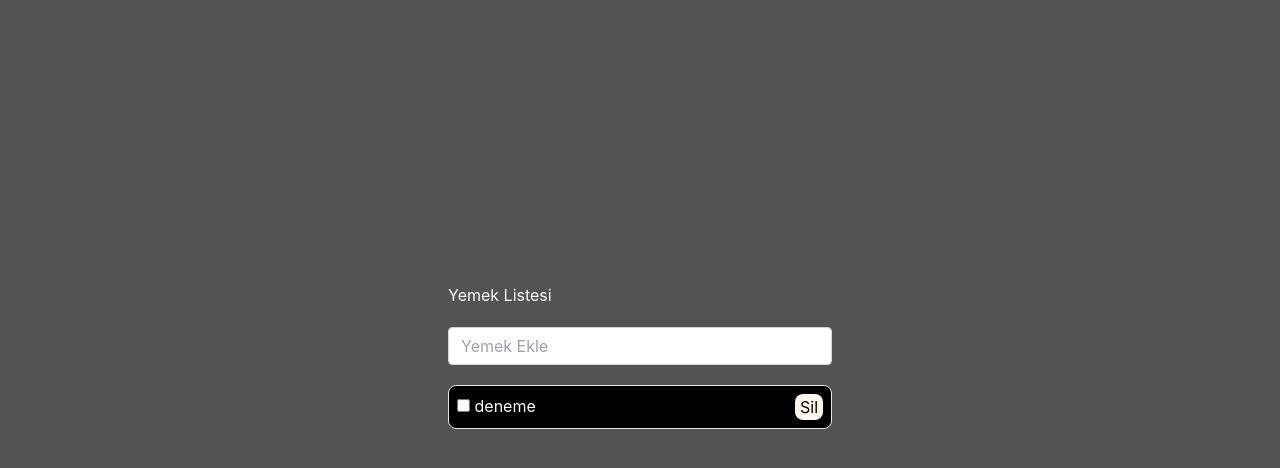
Repository: muratyildiz63/Composition-API-Nedir-todo-list
Page: /
These files come from the project's save history. The page is drawn as it stood at one moment and after the next save; the edit follows.
The browser window is 1280 px wide. The pictures show the whole page.
The project was rebuilt for these pictures with package versions that can differ from the ones it lists, and the page was loaded fresh each time. Also part of the build but not shown: vite.config.js.

Above is the page before, as saved 2022-08-16 06:46:19.

### src/main.js
import { createApp } from 'vue'
import './style.css'
import App from './App.vue'
import './index.css'

createApp(App).mount('#app')

### src/App.vue
<template>
  <div class="w-full h-full text-white">
    <h3 class="w-full flex mb-5">Yemek Listesi</h3>

    <addTodo />
    <todoList />
  </div>
</template>

<script>
import addTodo from "@/components/addTodo";
import todoList from "@/components/todoList";
export default {
  components: {
    addTodo,
    todoList,
  },
};
</script>

### src/index.css
@tailwind base;
@tailwind components;
@tailwind utilities;
body {
    background-color: rgb(83 83 83);
}

### src/components/addTodo.vue
<template>
  <section>
 <input
      type="text"
      class="
        form-control
        block
        w-full
        px-3
        mb-5
        py-1.5
        text-base
        font-normal
        text-gray-700
        bg-white bg-clip-padding
        border border-solid border-gray-300
        rounded
        transition
        ease-in-out
        m-0
        focus:text-gray-700 focus:bg-white focus:border-blue-600 focus:outline-none
      "
      id="exampleFormControlInput1"
      placeholder="Yemek Ekle"
    />
</section>
</template>

### src/components/todoList.vue
<template>
  <div class="flex justify-center">
    <div class="rounded-lg w-96">
      <div
        aria-current="true"
        class="
          bg-black
          flex
          justify-between
          mb-2
          px-2
          py-2
          border border-gray-200
          w-full
          rounded-lg
          text-white
          cursor-pointer
          even:bg-gray-700
        "
      >
        <label for="compluted">
          <input type="checkbox" name="" id="compluted" /> deneme
        </label>
        <button class="bg-orange-50 px-1 text-black">Sil</button>
      </div>
    </div>
  </div>
</template>

### tailwind.config.cjs
module.exports = {
    content: [
        "./index.html",
        "./src/**/*.{vue,js,ts,jsx,tsx}",
    ],
    theme: {
        extend: {},
    },
    plugins: [],
}

### src/components/TodoListItem.vue
<template>
    <div
        aria-current="true"
        class="
          bg-black
          flex
          justify-between
          mb-2
          px-2
          py-2
          border border-gray-200
          w-full
          rounded-lg
          text-white
          cursor-pointer
          even:bg-gray-700
        "
      >
        <label for="compluted">
          <input type="checkbox" name="" id="compluted" /> deneme
        </label>
        <button class="bg-orange-50 px-1 text-black">Sil</button>
      </div>
</template>

Loaded but not shown: index.html (common file); src/style.css (common file)

After the next save:
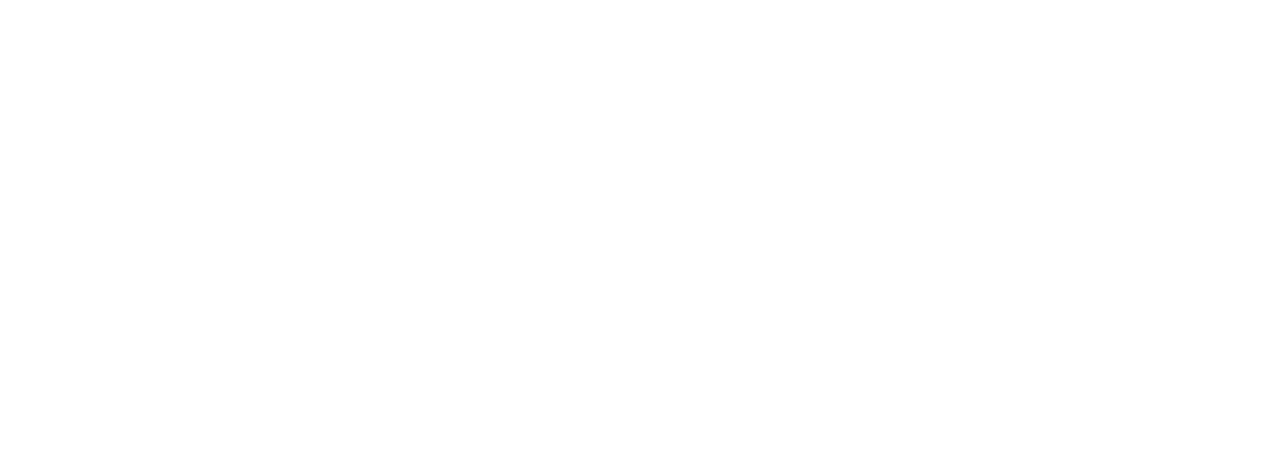
Console error: ReferenceError: TodoListItem is not defined
Saved 37 s later.
--- a/src/components/todoList.vue
+++ b/src/components/todoList.vue
@@ -1,28 +1,16 @@
 <template>
   <div class="flex justify-center">
     <div class="rounded-lg w-96">
-      <div
-        aria-current="true"
-        class="
-          bg-black
-          flex
-          justify-between
-          mb-2
-          px-2
-          py-2
-          border border-gray-200
-          w-full
-          rounded-lg
-          text-white
-          cursor-pointer
-          even:bg-gray-700
-        "
-      >
-        <label for="compluted">
-          <input type="checkbox" name="" id="compluted" /> deneme
-        </label>
-        <button class="bg-orange-50 px-1 text-black">Sil</button>
-      </div>
+    <TodoListItem />
     </div>
   </div>
 </template>
+
+<script>
+export default{
+    components:{
+        TodoListItem
+    }
+}
+
+</script>

After the 2 saves that followed:
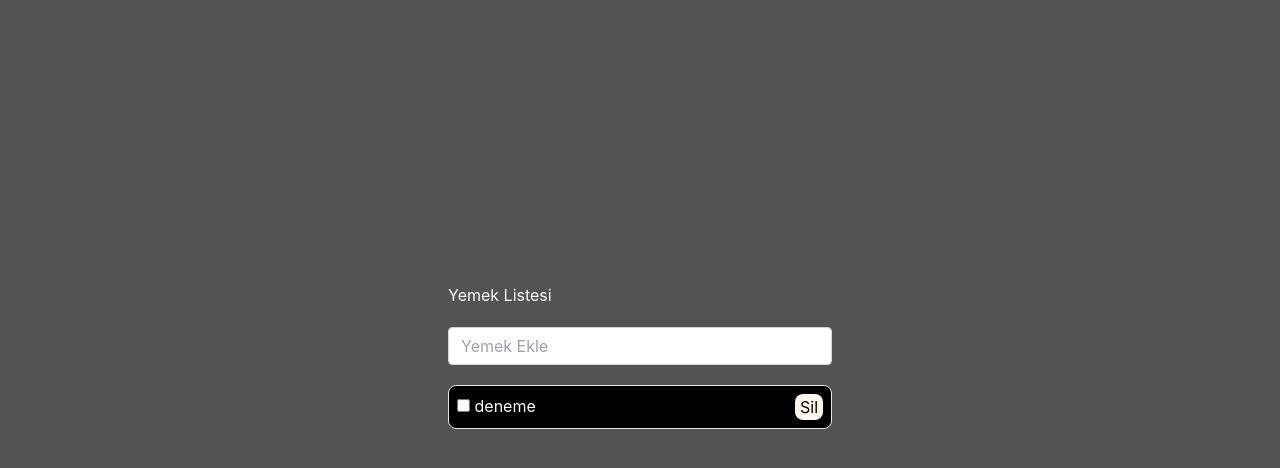
The error is gone.
The 2 saves are shown as one change because 1 left the picture as it was.
The last was saved 2 min 41 s later.
--- a/src/App.vue
+++ b/src/App.vue
@@ -8,8 +8,8 @@
 </template>
 
 <script>
-import addTodo from "@/components/addTodo";
-import todoList from "@/components/todoList";
+import addTodo from "./components/addTodo";
+import todoList from "./components/todoList";
 export default {
   components: {
     addTodo,
--- a/src/components/todoList.vue
+++ b/src/components/todoList.vue
@@ -7,6 +7,7 @@
 </template>
 
 <script>
+import TodoListItem from "./TodoListItem"
 export default{
     components:{
         TodoListItem
